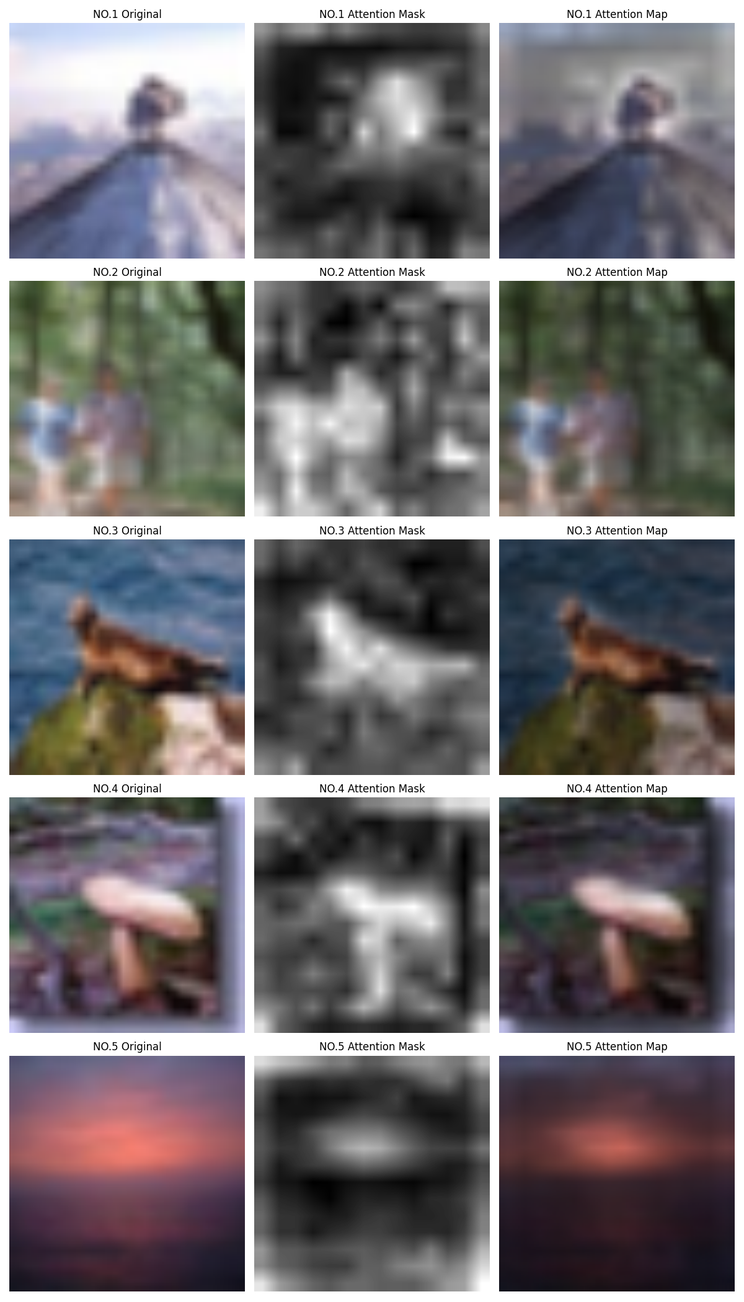
Repository: ginnux/vit
Script's output: python figure/visual.py
The author's editor kept a copy of each file at every save. The script's output is drawn from the files as they stood at one save, then again after the next save.
The pictures are shown at 62% of full size.
Random numbers start from a fixed seed. It also reads figure/visualize.pkl.

Above is the script's output before, as saved 2024-06-24 22:39:13.

### figure/visual.py
import pickle
import numpy as np
import matplotlib.pyplot as plt

# Load data
with open("figure/visualize.pkl", "rb") as f:
    data = pickle.load(f)

# Plot
im_list, mask_list, result_list = data

plt.rcParams["font.size"] = 10
plt.rcParams["font.family"] = "Times New Roman"
num = len(im_list)

plt.figure(figsize=(12, 4.2 * num))

for i in range(num):
    im = im_list[i]
    mask = mask_list[i]
    result = result_list[i]

    plt.subplot(num, 3, 3 * i + 1)
    plt.axis("off")
    plt.title(f"NO.{i+1} Original")
    plt.imshow(im)

    plt.subplot(num, 3, 3 * i + 2)
    plt.axis("off")
    plt.title(f"NO.{i+1} Attention Mask")
    plt.imshow(mask, cmap="gray")

    plt.subplot(num, 3, 3 * i + 3)
    plt.axis("off")
    plt.title(f"NO.{i+1} Attention Map")
    plt.imshow(result)

plt.tight_layout()
plt.show()

After the next save:
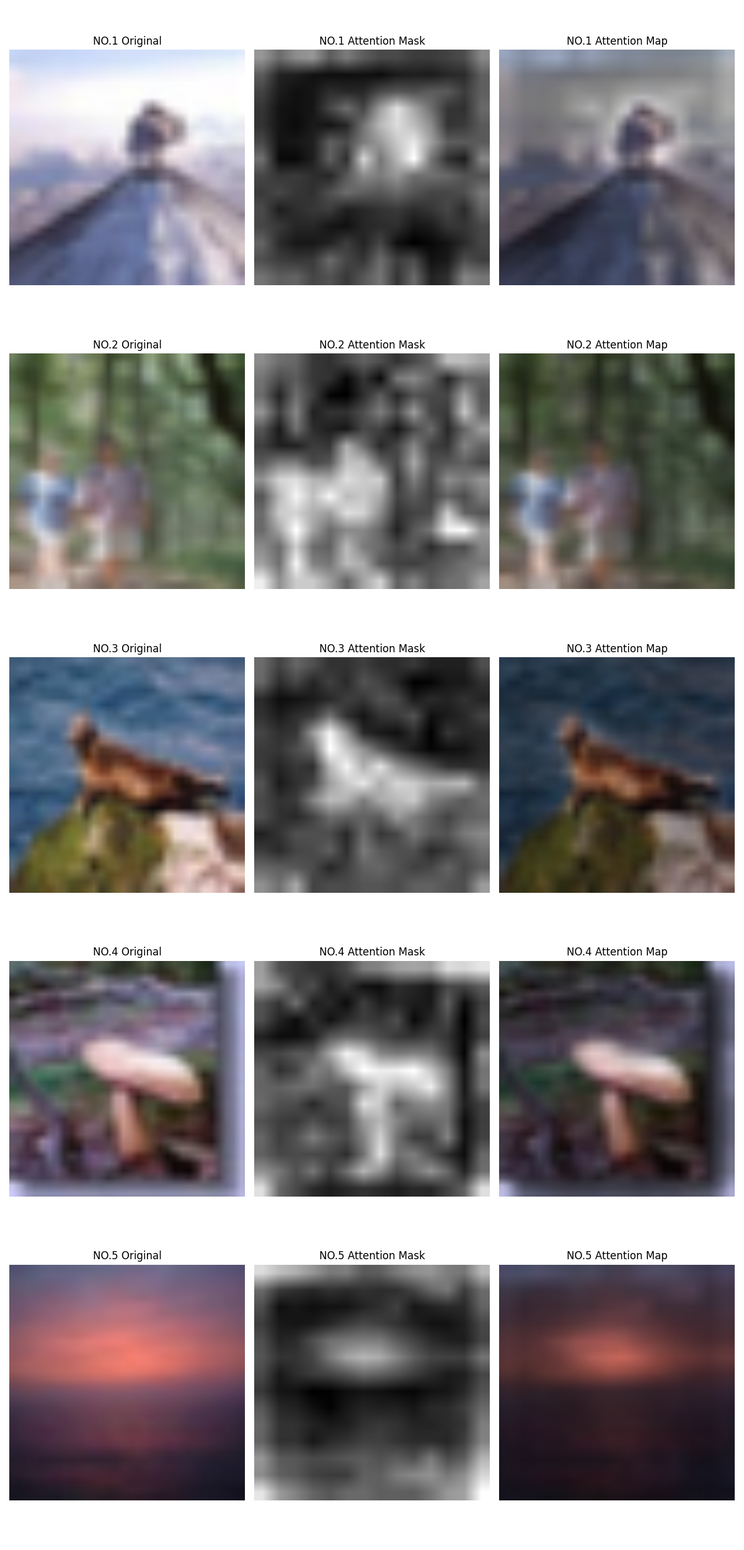
Saved 7 s later.
--- a/figure/visual.py
+++ b/figure/visual.py
@@ -13,7 +13,7 @@ plt.rcParams["font.size"] = 10
 plt.rcParams["font.family"] = "Times New Roman"
 num = len(im_list)
 
-plt.figure(figsize=(12, 4.2 * num))
+plt.figure(figsize=(12, 5 * num))
 
 for i in range(num):
     im = im_list[i]
